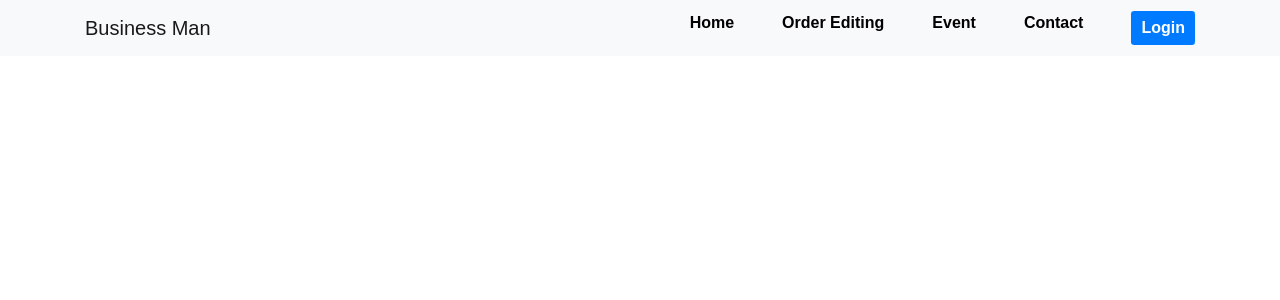
Repository: mdtahsinamin/internship-task
Page: /
An editor plug-in stored every save of this project. The page is shown before and after the next save, followed by the edit.
The browser window is 1280 px wide. The pictures show the whole page.
The project was rebuilt for these pictures with package versions that can differ from the ones it lists, and the page was loaded fresh each time. Also part of the build but not shown: src/App.css, src/Components/Style/SignIn.css, src/Components/Authentication/SignIn.js, src/Components/NotFound/NotFound.js.

Above is the page before, as saved 2020-12-24 18:37:33.

After the next save:
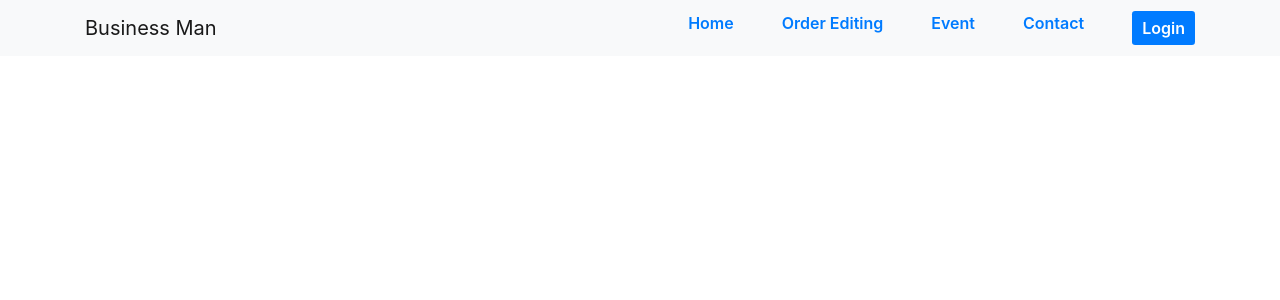
Saved 21 s later.
--- a/src/Components/Style/Navigation.css
+++ b/src/Components/Style/Navigation.css
@@ -15,11 +15,3 @@
 		border-radius: 50%;
 		margin-left: 8px;
 }
-.navbar-brand img {
-	width: 130px;
-}
-.navbar a {
-	font-family:'Poppins', sans-serif;
-    font-weight: 500;
-    color: #000;
-}
